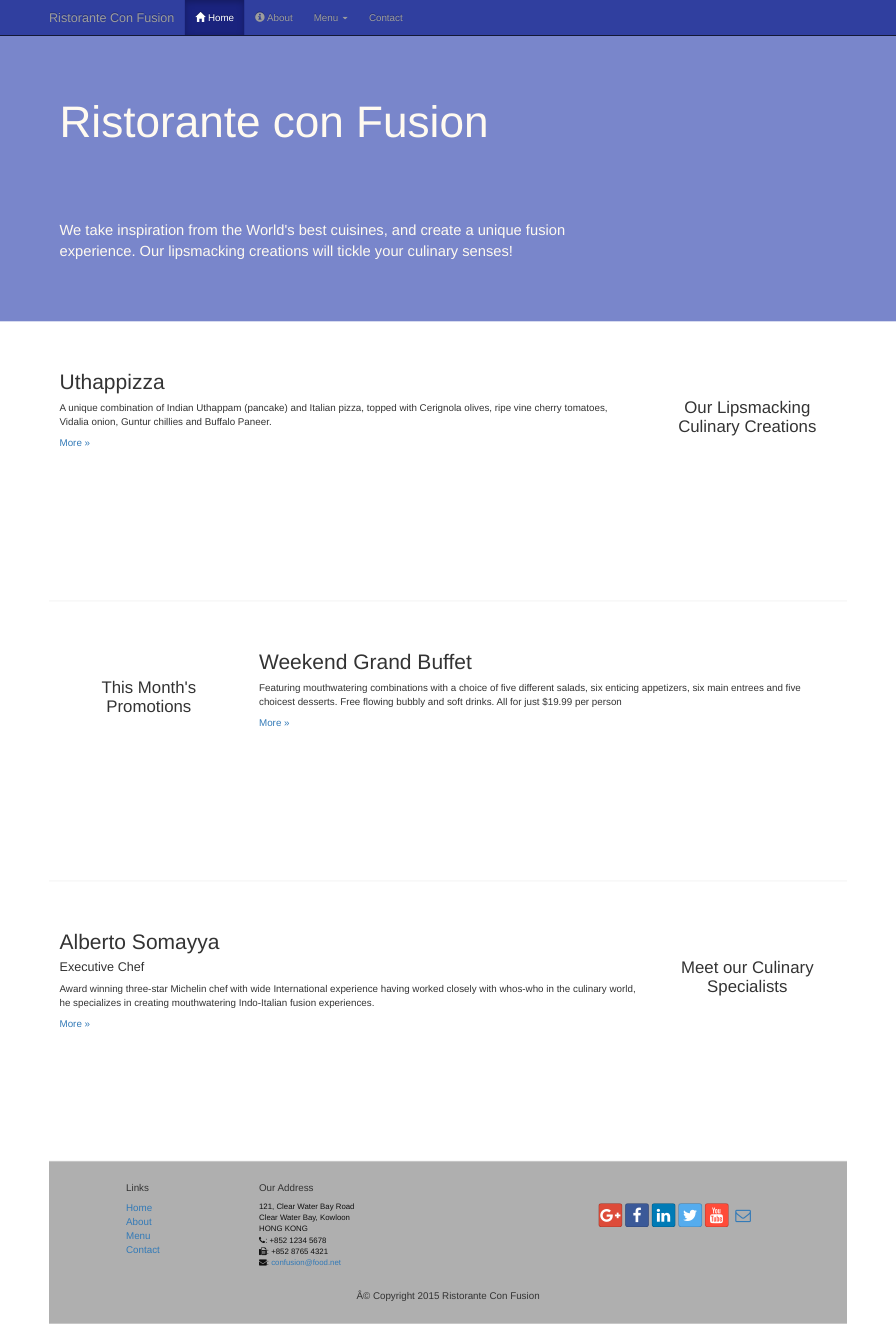
Repository: tagus24/Coursera
Page: Coursera/FullStackDeveloper/conFusion/src/main/webapp/index.html
The author's editor kept a copy of each file at every save. The page is drawn from the files as they stood at one save, then again after the next save.
The browser window is 1280 px wide. The pictures show the whole page, at 70% of full size.
Some web libraries are served in a nearby version.

Above is the page before, as saved 2016-02-06 15:58:16.

After the next save:
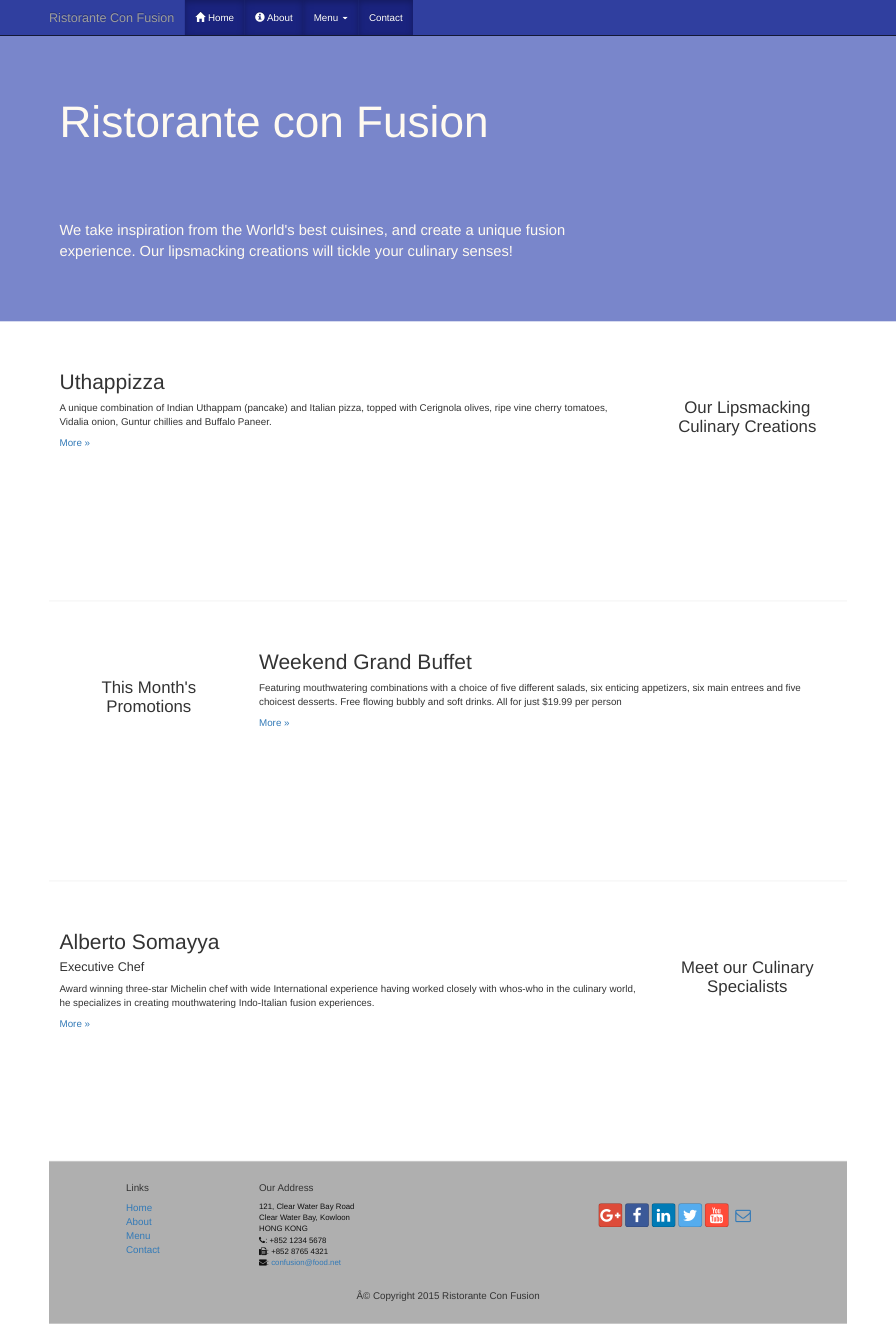
Saved 2 min 14 s later.
--- a/Coursera/FullStackDeveloper/conFusion/src/main/webapp/index.html
+++ b/Coursera/FullStackDeveloper/conFusion/src/main/webapp/index.html
@@ -43,8 +43,8 @@
 	              <ul class="nav navbar-nav">
 	                   <li class="active"><a href="index.html"><span class="glyphicon glyphicon-home"
                          aria-hidden="true"></span> Home</a></li>
-	                   <li><a href="#"><span class="glyphicon glyphicon-info-sign"></span> About</a></li>
-	                   <li class="dropdown">
+	                   <li class="active"><a href="#"><span class="glyphicon glyphicon-info-sign"></span> About</a></li>
+	                   <li class="dropdown active">
                         <a href="#" class="dropdown-toggle" data-toggle="dropdown"
                          role="button" aria-haspopup="true" aria-expanded="false">
                          Menu <span class="caret"></span></a>
@@ -59,7 +59,7 @@
                             <li><a href="#">Weekend Brunch</a></li>
                         </ul>
                      </li>
-	                  <li><a href="#">Contact</a></li>
+	                  <li class="active"><a href="#">Contact</a></li>
 	              </ul>
                </div>
           </div>
